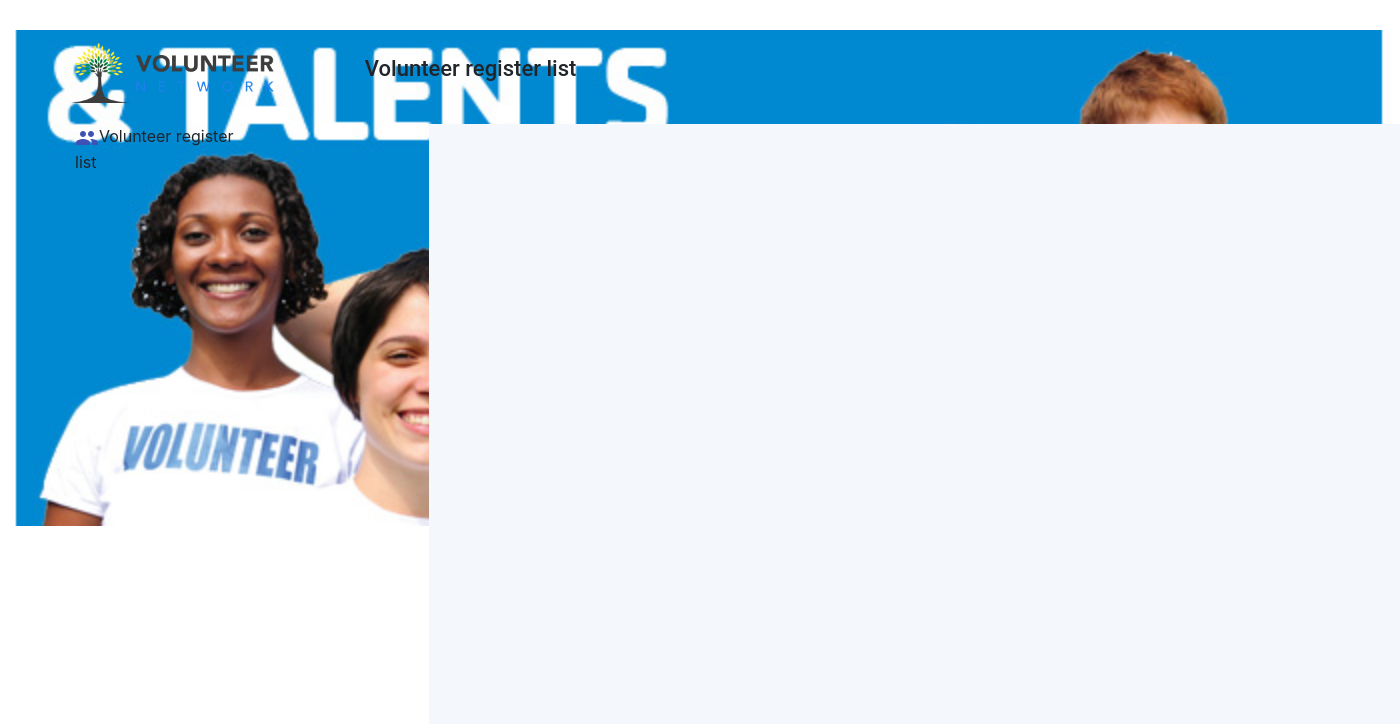
Repository: MdTahsinAmin/volunteer-network-client
Page: /adminPanel
An editor plug-in stored every save of this project. The page is shown before and after the next save, followed by the edit.
The browser window is 1280 px wide. The page is 1400 px wide, so the pictures cover 1400 px, including what lies to the right of the window. The pictures show the whole page.
The project was rebuilt for these pictures with package versions that can differ from the ones it lists, and the page was loaded fresh each time.

Above is the page before, as saved 2020-10-04 23:24:50.

### public/index.html
<!DOCTYPE html>
<html lang="en">
  <head>
    <meta charset="utf-8" />
    <link rel="icon" href="%PUBLIC_URL%/favicon.ico" />
    <meta name="viewport" content="width=device-width, initial-scale=1" />
    <meta name="theme-color" content="#000000" />
    <meta
      name="description"
      content="Web site created using create-react-app"
    />
    <link rel="apple-touch-icon" href="%PUBLIC_URL%/logo192.png" />
    <!--
      manifest.json provides metadata used when your web app is installed on a
      user's mobile device or desktop. See https://developers.google.com/web/fundamentals/web-app-manifest/
    -->
    <link rel="manifest" href="%PUBLIC_URL%/manifest.json" />
    <!--
      Notice the use of %PUBLIC_URL% in the tags above.
      It will be replaced with the URL of the `public` folder during the build.
      Only files inside the `public` folder can be referenced from the HTML.

      Unlike "/favicon.ico" or "favicon.ico", "%PUBLIC_URL%/favicon.ico" will
      work correctly both with client-side routing and a non-root public URL.
      Learn how to configure a non-root public URL by running `npm run build`.
    -->
    <title>Volunteer Network</title>
  </head>
  <body>
    <noscript>You need to enable JavaScript to run this app.</noscript>
    <div id="root"></div>
    <!--
      This HTML file is a template.
      If you open it directly in the browser, you will see an empty page.

      You can add webfonts, meta tags, or analytics to this file.
      The build step will place the bundled scripts into the <body> tag.

      To begin the development, run `npm start` or `yarn start`.
      To create a production bundle, use `npm run build` or `yarn build`.
    -->
  </body>
</html>

### src/App.js
import React from 'react';
import './App.css';
import Header from './components/Header/Header';
import {
  BrowserRouter as Router,
  Switch,
  Route,
  Link
} from "react-router-dom";
import AdminPanel from './components/AdminPanel/AdminPanel';
function App() {
  return (
    <div className="App">
     <Router>
      <Switch>
        <Route path ='/home'>
         <Header navbar={true}></Header>
        </Route>
        <Route path="/adminPanel">
           <div>
           <Header navbar={false}></Header>
           <AdminPanel/>
           </div>
        </Route>
        <Route exact path="/">
           <Header navbar={true}></Header>
        </Route>
      </Switch>
     </Router>
    </div>
  );
}

export default App;

### src/App.css
.App {
    background-image:url('./logos/Volunteer_Image.jpg');
    background-repeat: no-repeat;
    background-size: cover;
    background-position: center;
    width: 1400px;
    height: 496px;
    left: 1px;
    top: -1px;
}

.App-logo {
  height: 40vmin;
  pointer-events: none;
}

@media (prefers-reduced-motion: no-preference) {
  .App-logo {
    animation: App-logo-spin infinite 20s linear;
  }
}

.App-header {
  background-color: #282c34;
  min-height: 100vh;
  display: flex;
  flex-direction: column;
  align-items: center;
  justify-content: center;
  font-size: calc(10px + 2vmin);
  color: white;
}

.App-link {
  color: #61dafb;
}

@keyframes App-logo-spin {
  from {
    transform: rotate(0deg);
  }
  to {
    transform: rotate(360deg);
  }
}

### src/components/Header/Header.js
import React from 'react';
import { Link, useHistory } from 'react-router-dom';
import './Header.css'
import volunteerLogo from '../../logos/volunteer.png';
import { styled } from '@material-ui/core/styles';
import Button from '@material-ui/core/Button';

// Material Button

const MyButton = styled(Button)({
    background: 'linear-gradient(45deg, #3F90FC 30%, #3F90FC 90%)',
    border: 0,
    borderRadius: '6px',
    color: 'white',
    height: 48,
    padding: '14px 43px',
    marginRight:'15px',
    marginLeft:'9px',
    cursor:'pointer'
  });

  const AdminBtn = styled(Button)({
    background: 'linear-gradient(45deg, #434141 30%, #434141 90%)',
    border: 0,
    borderRadius: '6px',
    color: 'white',
    height: 48,
    padding: '14px 43px',
    marginRight:'15px',
    cursor:'pointer'
  })

const Header = (props) => {

    const history = useHistory();

    const handleAdminPanel = () =>{
         history.push('/adminPanel');
    }


    return (
      <div className="header">
          <div className={props.navbar ? "container" : 'adminPanel'}>
          <nav className="navbar navbar-expand-lg navbar-light">
            <Link to='/home' className="navbar-brand"><img className={props.navbar ?'volunteerLogo':'Logo'} src={volunteerLogo} alt=""/></Link>
            <button className="navbar-toggler" type="button" data-toggle="collapse" data-target="#navbarSupportedContent" aria-controls="navbarSupportedContent" aria-expanded="false" aria-label="Toggle navigation">
                <span className="navbar-toggler-icon"></span>
            </button>
            {
                !props.navbar && <h5 className="volunteer-list">Volunteer register list</h5>
            }
            {
                props.navbar &&  <div className="collapse navbar-collapse" id="navbarSupportedContent">
                <ul className="navbar-nav ml-auto">
                <li className="nav-item">
                    <Link className="nav-link item-nav">Home</Link>
                </li>
                <li className="nav-item">
                    <Link className="nav-link item-nav">Donation</Link>
                </li>
                <li className="nav-item">
                    <Link className="nav-link item-nav">Events</Link>
                </li>
                <li className="nav-item">
                    <Link className="nav-link item-nav">Blog</Link>
                </li>
                <li className="nav-item">
                    <MyButton>Register</MyButton>
                </li>
                <li className="nav-item">
                   <AdminBtn
                     onClick={handleAdminPanel}
                   >Admin
                   </AdminBtn>
                </li>
                </ul>
            </div>
            }
            </nav>
      </div>
   </div>
    );
};

export default Header;

### src/components/AdminPanel/AdminPanel.js
import React from 'react';
import './AdminPanel.css';
import GroupIcon from '@material-ui/icons/Group';
const AdminPanel = () => {
    return (
        <div className="adminPanel-section">
            <div className="section-panel">
               <GroupIcon color="primary"></GroupIcon><span>Volunteer register list</span>
            </div>
            <div className='Volunteer-list'>

            </div>
        </div>
    );
};

export default AdminPanel;

### src/components/Header/Header.css
.volunteerLogo{
    width: 202.81px;
    height: 60px;
    left: 88px;
    top: 44px;
}
.header{
    margin-top: 30px;
}
.nav-link{
    font-family: Montserrat;
    font-style: normal;
    font-weight: 500;
    font-size: 20px;
    text-align: center;
    color: #0B0B0B;
}

### src/components/AdminPanel/AdminPanel.css
.adminPanel{
    margin-right:20px;
}
.Logo{
    width: 202.81px;
    height: 60px;
    left: 88px;
    top: 44px;
    margin-left:55px;
}
.volunteer-list{
    margin-left:75px;
    font-family: Roboto;
    font-style: normal;
    font-weight: 500;
    font-size: 22px;
}
.adminPanel-section{
    display:flex;
}
.section-panel{
    margin-top:8px;
    margin-left:75px;
}
.Volunteer-list{
    width:65%;
    margin-top:8px;
    margin-left:175px;
    width: 1000px;
    height: 600px;
    background: #F4F7FC;
}
.volunteer{
    background: #FFFFFF;
    border-radius: 20px;
    width: 500px;
}

Loaded but not shown: src/index.js (common file); src/index.css (common file); src/serviceWorker.js (common file)

After the next save:
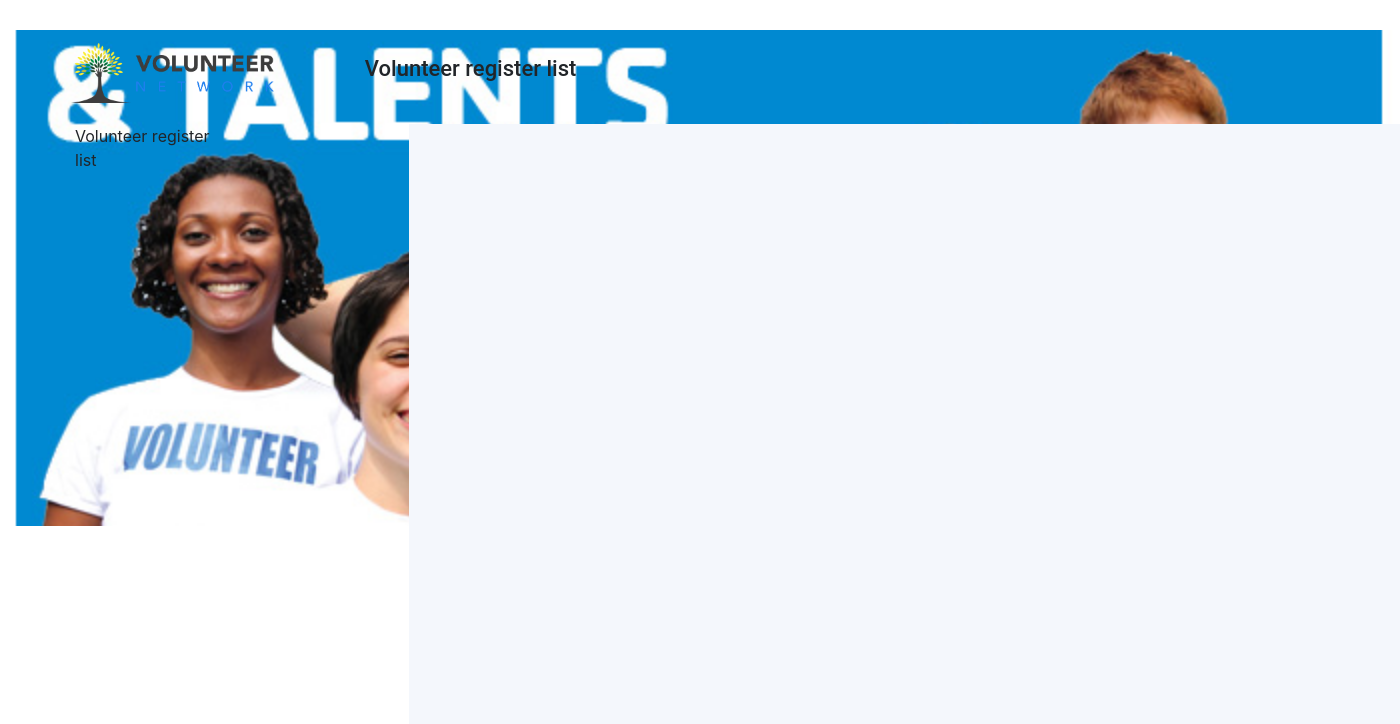
Saved 27 s later.
--- a/src/components/AdminPanel/AdminPanel.js
+++ b/src/components/AdminPanel/AdminPanel.js
@@ -5,7 +5,7 @@
     return (
         <div className="adminPanel-section">
             <div className="section-panel">
-               <GroupIcon color="primary"></GroupIcon><span>Volunteer register list</span>
+                <p>Volunteer register list</p>
             </div>
             <div className='Volunteer-list'>
 
